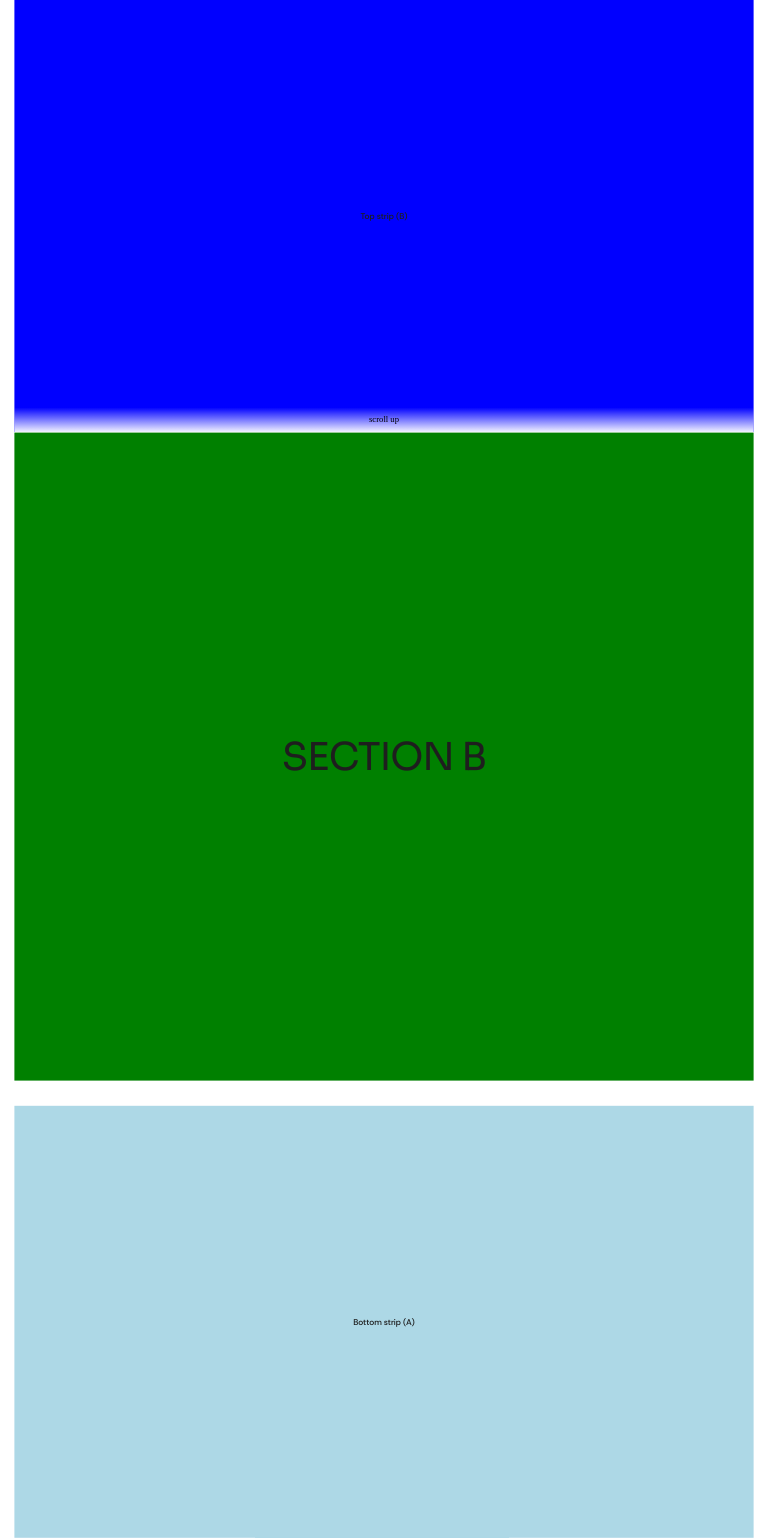
Repository: BwesewB/Offcut
Page: /
These files come from the project's save history. The page is drawn as it stood at one moment and after the next save; the edit follows.
The browser window is 1280 px wide. The pictures show the whole page, at 60% of full size.
The project was rebuilt for these pictures with package versions that can differ from the ones it lists, and the page was loaded fresh each time. The framework's server and built-in components were replaced by stand-ins that run in the browser. Also part of the build but not shown: next.config.mjs, app/styles/page.module.css, app/components/molecules/mediaBlock/MediaBlock.module.css, app/components/molecules/mediaBlock/MediaBlock.jsx, app/components/molecules/twoColumn/TwoColumn.module.css, app/components/molecules/twoColumn/TwoColumn.js, app/components/molecules/gridLayout/GridLayout.module.css, app/components/molecules/gridLayout/GridLayout.js.

Above is the page before, as saved 2025-09-19 22:14:38.

### app/layout.js
import "./styles/globals.css";

export const metadata = {
  title: "Offcut",
  description: "Computer Generated by sebfok",
  icons:"/icons/RocksLogoRound.svg"
};

export default function RootLayout({ children }) {
  return (
    <html lang="en">
      <body suppressHydrationWarning={true}>
        {children}
      </body>
    </html>
  );
}

### app/styles/globals.css
:root {
  --black: #1e1e1e;

  --font-primary: 'Sora', sans-serif;
  --font-secondary: 'Rethink Sans', sans-serif;
  --sidePadding: 24px;
  --gap: 12px;
  --layoutSpacing: 48px;
  --containerHeight: clamp(30vw, 40vw, 50vw);
}

html,
body {
  padding: 0;
  margin: 0;
  max-width: 1920px;
}

body {
  padding-left: var(--sidePadding);
  padding-right: var(--sidePadding);
}

@font-face {
  font-family: 'Sora';
  src: url('/fonts/Sora-Regular.ttf') format('truetype');
  font-weight: 400;
  font-style: normal;
}

@font-face {
  font-family: 'Sora';
  src: url('/fonts/Sora-Medium.ttf') format('truetype');
  font-weight: 500;
  font-style: normal;
}

@font-face {
  font-family: 'Sora';
  src: url('/fonts/Sora-Bold.ttf') format('truetype');
  font-weight: 700;
  font-style: normal;
}

@font-face {
  font-family: 'Rethink Sans';
  src: url('/fonts/RethinkSans-Regular.ttf') format('truetype');
  font-weight: 400;
  font-style: normal;
}

@font-face {
  font-family: 'Rethink Sans';
  src: url('/fonts/RethinkSans-Medium.ttf') format('truetype');
  font-weight: 500;
  font-style: normal;
}

@font-face {
  font-family: 'Rethink Sans';
  src: url('/fonts/RethinkSans-Bold.ttf') format('truetype');
  font-weight: 700;
  font-style: normal;
}

h1, h2, h3, h4, h5, h6 {
  font-family: var(--font-primary);
  color: var(--black);
  font-weight: 400;
}

p {
  font-family: var(--font-secondary);
  font-weight: 500;
  color: var(--black);
  line-height: 1.2;
}

h1 {
  font-size: clamp(3rem, 5vw, 4rem);
  font-weight: 400;
  letter-spacing: clamp(-2px, -0.3vw, -1px);
  text-transform: uppercase;
}

p {
  font-size: 0.875rem;
}

* {
  box-sizing: border-box;
  padding: 0;
  margin: 0;
}

a {
  color: inherit;
  text-decoration: none;
}

.pageLayout {
  display: flex;
  flex-direction: column;
  gap: var(--layoutSpacing);
}

@media (prefers-color-scheme: dark) {

}

### app/components/atoms/scrollcycle/ScrollCycle.jsx
'use client';
import { useEffect, useRef, useState } from 'react';

export default function ScrollCycle({
  sectionA,
  sectionB,
  bottomStripA,
  topStripB,
  prompt = 'scroll up',
}) {
  const [main, setMain] = useState('A');      // 'A' | 'B'
  const [showTB, setShowTB] = useState(false);

  const topRef = useRef(null);        // sentinel just below TB (when TB exists)
  const bottomRef = useRef(null);     // sentinel just above BB
  const topBufferRef = useRef(null);  // the actual Top Buffer section

  const lockRef = useRef(false);        // prevents double-fires
  const armedTopRef = useRef(false);    // arm top only after bottom first fires
  const gateActiveRef = useRef(false);  // gate active only after returning to A with TB visible

  const pinTo = (edge) => {
    requestAnimationFrame(() => {
      requestAnimationFrame(() => {
        if (edge === 'bottom') {
          const h = document.documentElement.scrollHeight || document.body.scrollHeight;
          window.scrollTo({ top: h, behavior: 'auto' });
        } else {
          window.scrollTo({ top: 0, behavior: 'auto' });
        }
        setTimeout(() => { lockRef.current = false; }, 200);
      });
    });
  };

  // Gate: after we return to A with TB shown, hide TB once its bottom crosses viewport top
  const activateGate = () => {
    if (gateActiveRef.current) return;
    gateActiveRef.current = true;

    const onScroll = () => {
      const el = topBufferRef.current;
      if (!el) return; // safety
      const rect = el.getBoundingClientRect();
      // When the bottom edge of TB is at or above the viewport top, we've scrolled past TB height.
      if (rect.bottom <= 0) {
        setShowTB(false); // remove TB; cannot go back to B top strip
        window.removeEventListener('scroll', onScroll);
        gateActiveRef.current = false;
      }
    };

    window.addEventListener('scroll', onScroll, { passive: true });
  };

  // Bottom observer (armed initially)
  useEffect(() => {
    const bottomEl = bottomRef.current;
    if (!bottomEl) return;

    const onHitBottom = (entry) => {
      if (!entry.isIntersecting || lockRef.current) return;
      lockRef.current = true;

      // Reached true bottom: switch to B, show TB=B, arm top, pin bottom
      setMain('B');
      setShowTB(true);
      armedTopRef.current = true;
    };

    const ioBottom = new IntersectionObserver(
      (entries) => onHitBottom(entries[0]),
      { root: null, threshold: 1 }
    );

    ioBottom.observe(bottomEl);
    return () => ioBottom.disconnect();
  }, []);

  // Top observer (attach only when TB is visible and top is armed)
  useEffect(() => {
    const topEl = topRef.current;
    if (!topEl || !showTB || !armedTopRef.current) return;

    const onHitTop = (entry) => {
      if (!entry.isIntersecting || lockRef.current) return;
      lockRef.current = true;

      // Reached true top (with TB visible): switch Main back to A
      setMain('A');
      // Gate will be activated after pin-to-top in the next effect
    };

    const ioTop = new IntersectionObserver(
      (entries) => onHitTop(entries[0]),
      { root: null, threshold: 1 }
    );

    ioTop.observe(topEl);
    return () => ioTop.disconnect();
  }, [showTB]);

  // Pin after swaps + start/stop gate
  useEffect(() => {
    if (main === 'B') {
      pinTo('bottom');
    } else {
      pinTo('top');
      // If we are in A and TB is visible, start the gate that hides TB after scrolling past it
      if (showTB) activateGate();
    }
    // eslint-disable-next-line react-hooks/exhaustive-deps
  }, [main]);

  return (
    <main style={styles.page}>
      {/* Top Buffer — hidden initially; appears with B */}
      {showTB && (
        <section ref={topBufferRef} style={styles.topBuffer}>
          {topStripB}
        </section>
      )}

      {/* Top sentinel (just below TB if present, otherwise at very top) */}
      <div ref={topRef} style={styles.sentinel} />

      {/* Main Stage */}
      <section style={styles.mainStage}>
        {main === 'A' ? sectionA : sectionB}
      </section>

      {/* Sticky prompt */}
      <div aria-live="polite" style={styles.prompt}>
        {prompt}
      </div>

      {/* Bottom sentinel (just above BB) */}
      <div ref={bottomRef} style={styles.sentinel} />

      {/* Bottom Buffer — always present, shows A */}
      <section style={styles.bottomBuffer}>
        {bottomStripA}
      </section>
    </main>
  );
}

const styles = {
  page: {
    minHeight: '100svh',
    display: 'flex',
    flexDirection: 'column',
  },
  topBuffer: {
    height: '100svh',
  },
  bottomBuffer: {
    height: '100svh',
  },
  mainStage: {
    // your content defines its own height
  },
  prompt: {
    position: 'sticky',
    bottom: 0,
    textAlign: 'center',
    padding: '0.75rem 1rem',
    background:
      'linear-gradient(to top, rgba(255,255,255,0.95), rgba(255,255,255,0))',
    fontSize: '0.9rem',
    userSelect: 'none',
  },
  sentinel: { height: 1 },
};

Loaded but not shown: app/page.js (79 lines, source omitted)

After the next save:
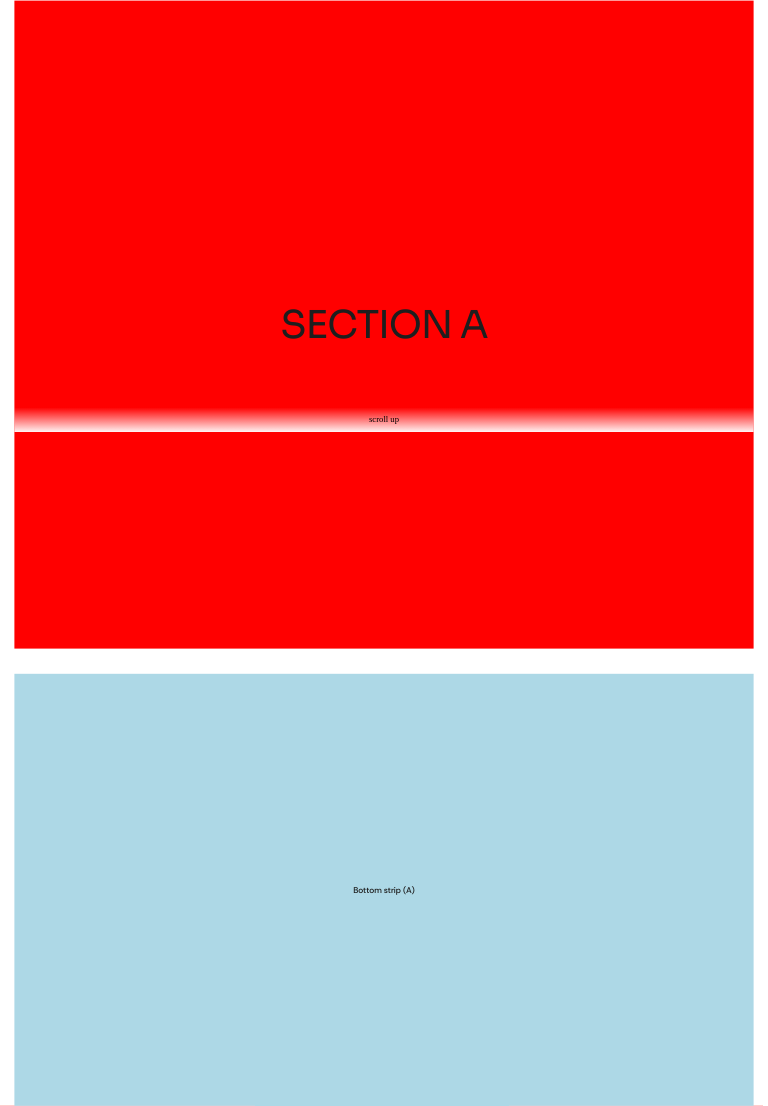
Saved 4 min 4 s later.
--- a/app/components/atoms/scrollcycle/ScrollCycle.jsx
+++ b/app/components/atoms/scrollcycle/ScrollCycle.jsx
@@ -13,12 +13,17 @@
 
   const topRef = useRef(null);        // sentinel just below TB (when TB exists)
   const bottomRef = useRef(null);     // sentinel just above BB
-  const topBufferRef = useRef(null);  // the actual Top Buffer section
+  const topBufferRef = useRef(null);  // the actual Top Buffer
+  const gateRef = useRef(null);       // placed immediately after TB
 
-  const lockRef = useRef(false);        // prevents double-fires
-  const armedTopRef = useRef(false);    // arm top only after bottom first fires
-  const gateActiveRef = useRef(false);  // gate active only after returning to A with TB visible
+  // control flags
+  const lockRef = useRef(false);            // prevents double-fires
+  const armedTopRef = useRef(false);        // top armed only after first bottom hit
+  const gateActiveRef = useRef(false);      // gate active only after returning to A with TB visible
+  const armedBottomRef = useRef(false);     // arm bottom only after user interacts
+  const hasInteractedRef = useRef(false);   // user started to scroll
 
+  // pin to top/bottom after swaps (no animation)
   const pinTo = (edge) => {
     requestAnimationFrame(() => {
       requestAnimationFrame(() => {
@@ -33,18 +38,17 @@
     });
   };
 
-  // Gate: after we return to A with TB shown, hide TB once its bottom crosses viewport top
+  // Activate the 100svh gate: remove TB once the gate marker's top crosses the viewport top
   const activateGate = () => {
     if (gateActiveRef.current) return;
     gateActiveRef.current = true;
 
     const onScroll = () => {
-      const el = topBufferRef.current;
-      if (!el) return; // safety
-      const rect = el.getBoundingClientRect();
-      // When the bottom edge of TB is at or above the viewport top, we've scrolled past TB height.
-      if (rect.bottom <= 0) {
-        setShowTB(false); // remove TB; cannot go back to B top strip
+      const gate = gateRef.current;
+      if (!gate) return;
+      const { top } = gate.getBoundingClientRect();
+      if (top <= 0) {
+        setShowTB(false); // TB gone; can't go back to B top strip
         window.removeEventListener('scroll', onScroll);
         gateActiveRef.current = false;
       }
@@ -53,16 +57,35 @@
     window.addEventListener('scroll', onScroll, { passive: true });
   };
 
-  // Bottom observer (armed initially)
+  // One-time: detect first user interaction (scroll/wheel/touch) then arm bottom observer
   useEffect(() => {
+    const arm = () => {
+      hasInteractedRef.current = true;
+      armedBottomRef.current = true;
+      window.removeEventListener('scroll', arm, { passive: true });
+      window.removeEventListener('wheel', arm, { passive: true });
+      window.removeEventListener('touchmove', arm, { passive: true });
+    };
+    window.addEventListener('scroll', arm, { passive: true });
+    window.addEventListener('wheel', arm, { passive: true });
+    window.addEventListener('touchmove', arm, { passive: true });
+    return () => {
+      window.removeEventListener('scroll', arm);
+      window.removeEventListener('wheel', arm);
+      window.removeEventListener('touchmove', arm);
+    };
+  }, []);
+
+  // Bottom observer (attach only after user interaction)
+  useEffect(() => {
+    if (!armedBottomRef.current) return;
     const bottomEl = bottomRef.current;
     if (!bottomEl) return;
 
     const onHitBottom = (entry) => {
       if (!entry.isIntersecting || lockRef.current) return;
       lockRef.current = true;
-
-      // Reached true bottom: switch to B, show TB=B, arm top, pin bottom
+      // Switch to B, reveal TB=B, arm top, then pin bottom
       setMain('B');
       setShowTB(true);
       armedTopRef.current = true;
@@ -70,12 +93,12 @@
 
     const ioBottom = new IntersectionObserver(
       (entries) => onHitBottom(entries[0]),
-      { root: null, threshold: 1 }
+      { root: null, threshold: 1 } // only when truly at bottom
     );
 
     ioBottom.observe(bottomEl);
     return () => ioBottom.disconnect();
-  }, []);
+  }, [/* armed when user interacts */]);
 
   // Top observer (attach only when TB is visible and top is armed)
   useEffect(() => {
@@ -85,10 +108,9 @@
     const onHitTop = (entry) => {
       if (!entry.isIntersecting || lockRef.current) return;
       lockRef.current = true;
-
-      // Reached true top (with TB visible): switch Main back to A
+      // Reached true top (with TB visible): switch Main back to A (TB still B)
       setMain('A');
-      // Gate will be activated after pin-to-top in the next effect
+      // Gate is activated after pin-to-top in next effect
     };
 
     const ioTop = new IntersectionObserver(
@@ -100,13 +122,12 @@
     return () => ioTop.disconnect();
   }, [showTB]);
 
-  // Pin after swaps + start/stop gate
+  // After main changes, pin to edge and (if coming back to A with TB visible) start the gate
   useEffect(() => {
     if (main === 'B') {
       pinTo('bottom');
     } else {
       pinTo('top');
-      // If we are in A and TB is visible, start the gate that hides TB after scrolling past it
       if (showTB) activateGate();
     }
     // eslint-disable-next-line react-hooks/exhaustive-deps
@@ -114,14 +135,17 @@
 
   return (
     <main style={styles.page}>
-      {/* Top Buffer — hidden initially; appears with B */}
+      {/* Top Buffer — hidden initially; appears when we switch to B */}
       {showTB && (
         <section ref={topBufferRef} style={styles.topBuffer}>
           {topStripB}
         </section>
       )}
 
-      {/* Top sentinel (just below TB if present, otherwise at very top) */}
+      {/* Gate marker: immediately after TB (only meaningful when TB is shown) */}
+      {showTB && <div ref={gateRef} style={styles.gateMarker} />}
+
+      {/* Top sentinel (just below TB/gate if present, otherwise it's at page top but inactive until TB exists) */}
       <div ref={topRef} style={styles.sentinel} />
 
       {/* Main Stage */}
@@ -154,19 +178,19 @@
   topBuffer: {
     height: '100svh',
   },
+  gateMarker: {
+    height: 0, // marker only; no layout change
+  },
   bottomBuffer: {
     height: '100svh',
   },
-  mainStage: {
-    // your content defines its own height
-  },
+  mainStage: {},
   prompt: {
     position: 'sticky',
     bottom: 0,
     textAlign: 'center',
     padding: '0.75rem 1rem',
-    background:
-      'linear-gradient(to top, rgba(255,255,255,0.95), rgba(255,255,255,0))',
+    background: 'linear-gradient(to top, rgba(255,255,255,0.95), rgba(255,255,255,0))',
     fontSize: '0.9rem',
     userSelect: 'none',
   },

After the save that followed:
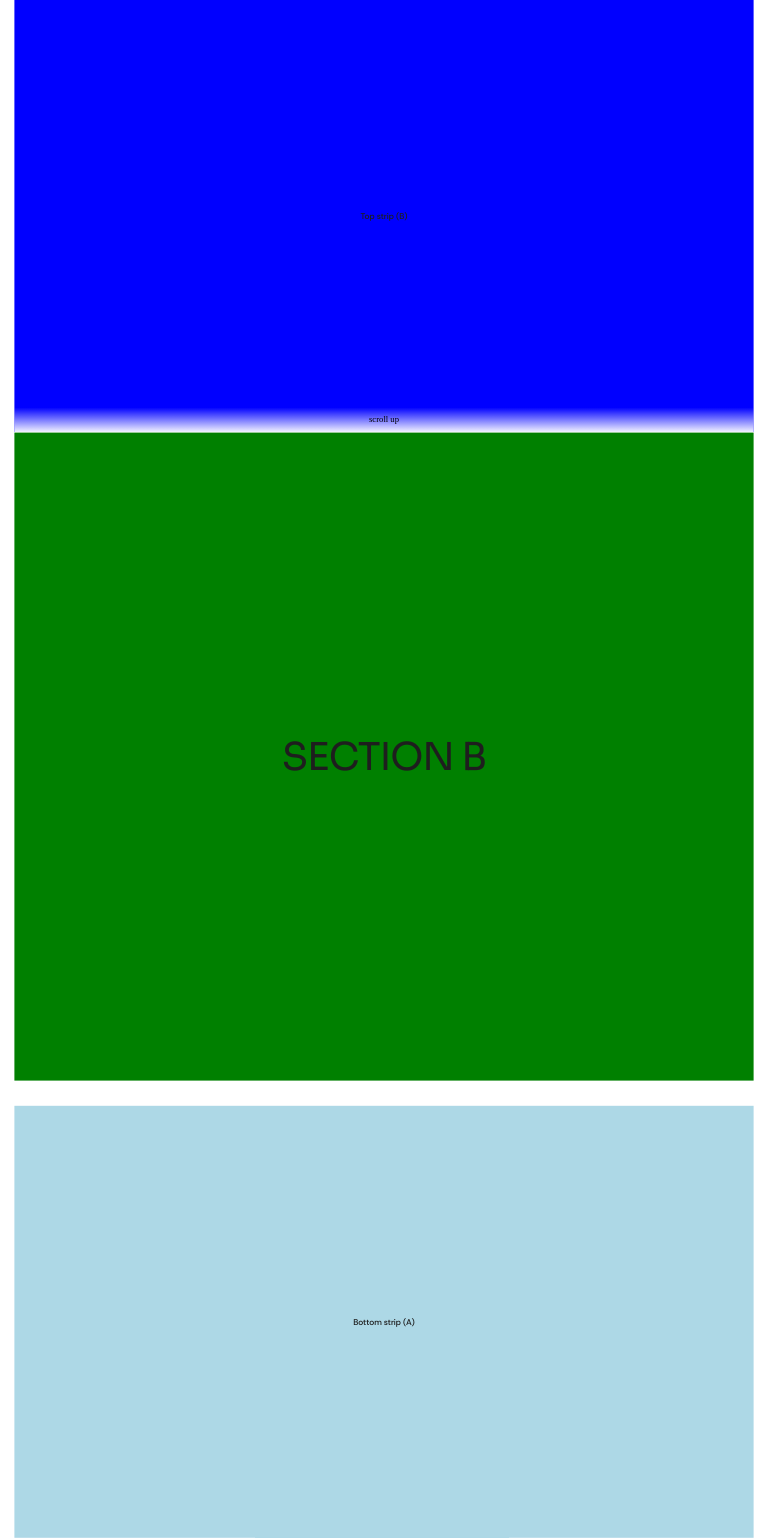
Saved 2 min 2 s later.
--- a/app/components/atoms/scrollcycle/ScrollCycle.jsx
+++ b/app/components/atoms/scrollcycle/ScrollCycle.jsx
@@ -11,19 +11,19 @@
   const [main, setMain] = useState('A');      // 'A' | 'B'
   const [showTB, setShowTB] = useState(false);
 
+  // 👇 NEW: state (not ref) so effect re-runs and attaches bottom observer
+  const [bottomArmed, setBottomArmed] = useState(false);
+
   const topRef = useRef(null);        // sentinel just below TB (when TB exists)
   const bottomRef = useRef(null);     // sentinel just above BB
   const topBufferRef = useRef(null);  // the actual Top Buffer
-  const gateRef = useRef(null);       // placed immediately after TB
+  const gateRef = useRef(null);       // marker immediately after TB
 
   // control flags
   const lockRef = useRef(false);            // prevents double-fires
   const armedTopRef = useRef(false);        // top armed only after first bottom hit
   const gateActiveRef = useRef(false);      // gate active only after returning to A with TB visible
-  const armedBottomRef = useRef(false);     // arm bottom only after user interacts
-  const hasInteractedRef = useRef(false);   // user started to scroll
 
-  // pin to top/bottom after swaps (no animation)
   const pinTo = (edge) => {
     requestAnimationFrame(() => {
       requestAnimationFrame(() => {
@@ -38,7 +38,7 @@
     });
   };
 
-  // Activate the 100svh gate: remove TB once the gate marker's top crosses the viewport top
+  // Gate: hide TB once its gate marker crosses the top of the viewport
   const activateGate = () => {
     if (gateActiveRef.current) return;
     gateActiveRef.current = true;
@@ -57,14 +57,13 @@
     window.addEventListener('scroll', onScroll, { passive: true });
   };
 
-  // One-time: detect first user interaction (scroll/wheel/touch) then arm bottom observer
+  // Arm bottom observer only after the user actually interacts (prevents initial jump)
   useEffect(() => {
     const arm = () => {
-      hasInteractedRef.current = true;
-      armedBottomRef.current = true;
-      window.removeEventListener('scroll', arm, { passive: true });
-      window.removeEventListener('wheel', arm, { passive: true });
-      window.removeEventListener('touchmove', arm, { passive: true });
+      setBottomArmed(true);
+      window.removeEventListener('scroll', arm);
+      window.removeEventListener('wheel', arm);
+      window.removeEventListener('touchmove', arm);
     };
     window.addEventListener('scroll', arm, { passive: true });
     window.addEventListener('wheel', arm, { passive: true });
@@ -76,16 +75,16 @@
     };
   }, []);
 
-  // Bottom observer (attach only after user interaction)
+  // Bottom observer (attaches when bottomArmed flips to true)
   useEffect(() => {
-    if (!armedBottomRef.current) return;
+    if (!bottomArmed) return;
     const bottomEl = bottomRef.current;
     if (!bottomEl) return;
 
     const onHitBottom = (entry) => {
       if (!entry.isIntersecting || lockRef.current) return;
       lockRef.current = true;
-      // Switch to B, reveal TB=B, arm top, then pin bottom
+      // Switch to B, reveal TB=B, arm top; pin happens in next effect
       setMain('B');
       setShowTB(true);
       armedTopRef.current = true;
@@ -93,14 +92,14 @@
 
     const ioBottom = new IntersectionObserver(
       (entries) => onHitBottom(entries[0]),
-      { root: null, threshold: 1 } // only when truly at bottom
+      { root: null, threshold: 1 } // true bottom only
     );
 
     ioBottom.observe(bottomEl);
     return () => ioBottom.disconnect();
-  }, [/* armed when user interacts */]);
+  }, [bottomArmed]);
 
-  // Top observer (attach only when TB is visible and top is armed)
+  // Top observer (attach only when TB is visible and top armed)
   useEffect(() => {
     const topEl = topRef.current;
     if (!topEl || !showTB || !armedTopRef.current) return;
@@ -108,9 +107,9 @@
     const onHitTop = (entry) => {
       if (!entry.isIntersecting || lockRef.current) return;
       lockRef.current = true;
-      // Reached true top (with TB visible): switch Main back to A (TB still B)
+      // Reached true top (with TB visible): switch Main back to A
       setMain('A');
-      // Gate is activated after pin-to-top in next effect
+      // Gate is activated after pin-to-top in the next effect
     };
 
     const ioTop = new IntersectionObserver(
@@ -122,7 +121,7 @@
     return () => ioTop.disconnect();
   }, [showTB]);
 
-  // After main changes, pin to edge and (if coming back to A with TB visible) start the gate
+  // After main changes, pin to edge and (if coming back to A with TB) start the gate
   useEffect(() => {
     if (main === 'B') {
       pinTo('bottom');
@@ -145,7 +144,7 @@
       {/* Gate marker: immediately after TB (only meaningful when TB is shown) */}
       {showTB && <div ref={gateRef} style={styles.gateMarker} />}
 
-      {/* Top sentinel (just below TB/gate if present, otherwise it's at page top but inactive until TB exists) */}
+      {/* Top sentinel (just below TB/gate if present) */}
       <div ref={topRef} style={styles.sentinel} />
 
       {/* Main Stage */}
